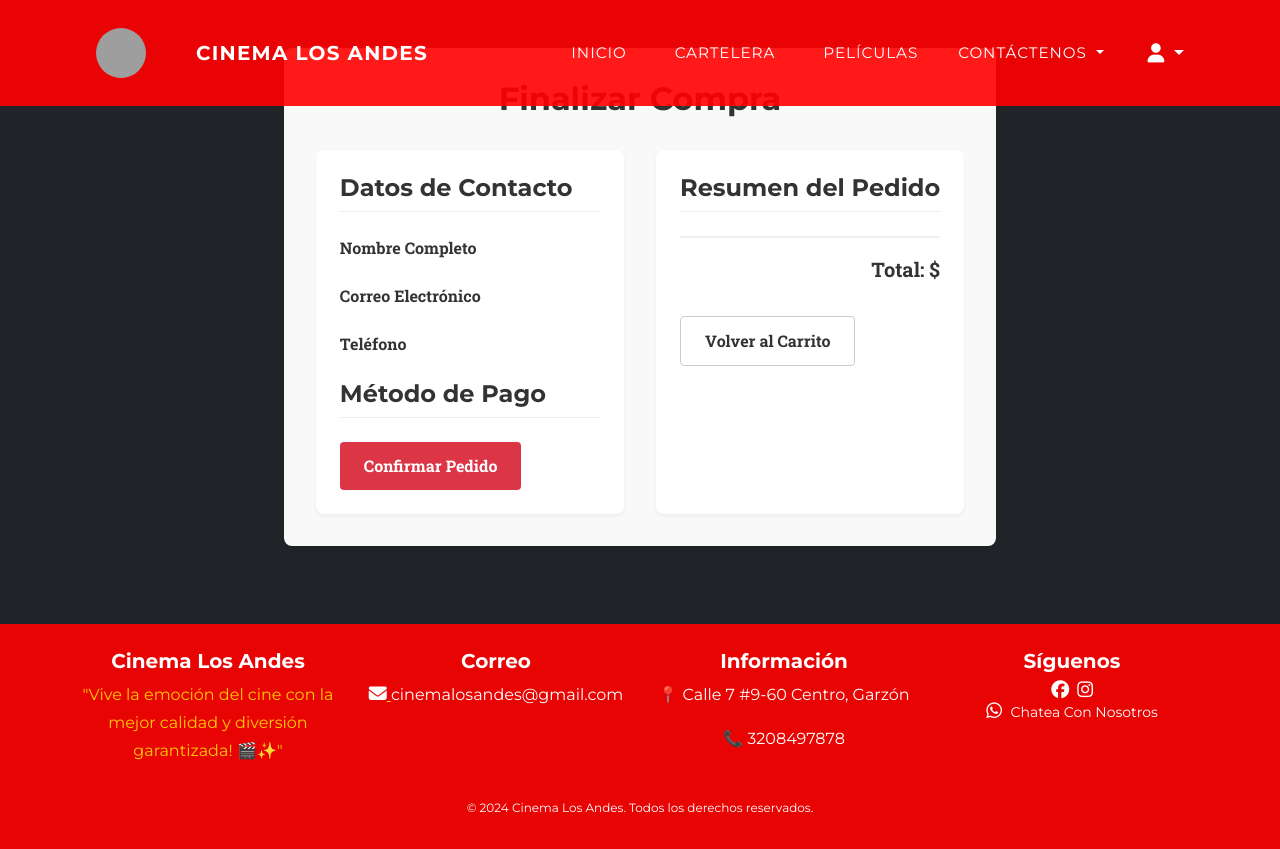
Repository: FelipeADSO/PROYECTO-SENA-FINAL
Page: cinema/templates/finalizar_compra.html
The author's editor kept a copy of each file at every save. The page is drawn from the files as they stood at one save, then again after a run of saves.
The browser window is 1280 px wide. The pictures show the whole page.
Pictures or frames that could not be fetched are drawn as grey boxes. Some web libraries are served in a nearby version. The template is drawn by Django 5.2. The application's start-up code is not run. Other server files are loaded and not shown. The template is opened directly, without the code that normally fills it, so the values that code supplies are empty.

Above is the page before, as saved 2025-03-06 09:24:59.

### cinema/templates/finalizar_compra.html
{% extends 'base.html' %}
{% load static %}

{% block title %}Finalizar Compra{% endblock %}

{% block style %}
<style>

    /* Contenedor principal */
    .container {
        width: 90%;
        max-width: 1200px;
        margin: 10px auto;
    }

    /* Header */
    header {
        background-color: #1e1e1e;
        padding: 15px 0;
        text-align: center;
    }

    header h1 {
        font-size: 2rem;
        color: #ffcc00;
        margin: 0;
    }

    /* Navbar */
    .navbar {
        display: flex;
        justify-content: center;
        padding: 10px 0;
        background-color: #222;
    }

    .navbar a {
        color: #ffcc00;
        text-decoration: none;
        padding: 10px 20px;
        font-size: 1.2rem;
        transition: 0.3s;
    }

    .navbar a:hover {
        color: #ffffff;
    }

    /* Cartelera */
    .cartelera {
        display: grid;
        grid-template-columns: repeat(auto-fit, minmax(250px, 1fr));
        gap: 20px;
        margin-top: 20px;
    }

    .pelicula {
        background-color: #252525;
        border-radius: 8px;
        padding: 15px;
        text-align: center;
        transition: 0.3s;
    }

    .pelicula:hover {
        transform: scale(1.05);
    }

    .pelicula img {
        width: 100%;
        border-radius: 8px;
    }

    .pelicula h3 {
        font-size: 1.5rem;
        margin: 10px 0;
    }

    /* Formulario de reservas */
    .formulario {
        background-color: #252525;
        padding: 20px;
        border-radius: 8px;
        max-width: 500px;
        margin: 0 auto;
    }

    .formulario label {
        display: block;
        font-weight: bold;
        margin: 10px 0 5px;
    }

    .formulario input,
    .formulario select {
        width: 100%;
        padding: 10px;
        border-radius: 5px;
        border: none;
        margin-bottom: 15px;
    }

    .formulario button {
        background-color: #ffcc00;
        color: #121212;
        padding: 10px;
        width: 100%;
        border: none;
        border-radius: 5px;
        font-size: 1rem;
        cursor: pointer;
        transition: 0.3s;
    }

    .formulario button:hover {
        background-color: #e6b800;
    }

    /* Resumen de reserva */
    .resumen {
        background-color: #252525;
        padding: 20px;
        border-radius: 8px;
        max-width: 600px;
        margin: 20px auto;
    }

    .resumen h2 {
        color: #ffcc00;
        text-align: center;
    }

    .resumen p {
        font-size: 1.2rem;
        margin: 10px 0;
    }

    /* Footer */
    footer {
        background-color: #1e1e1e;
        text-align: center;
        padding: 15px 0;
        margin-top: 30px;
    }

    footer p {
        color: #ffcc00;
        font-size: 1rem;
    }
    </style>
{% endblock %}

{% block content %}
    <link rel="stylesheet" href="{% static 'css/pasarela.css' %}">

    <div class="checkout-container">
        <h1 class="checkout-titulo">Finalizar Compra</h1>

        {% if messages %}
            <div class="messages">
                {% for message in messages %}
                    <div class="alert alert-{{ message.tags }}">
                        {{ message }}
                    </div>
                {% endfor %}
            </div>
        {% endif %}

        <div class="checkout-grid">
            <div class="checkout-form">
                <h2 class="resumen-titulo">Datos de Contacto</h2>
                <form method="POST">
                    {% csrf_token %}

                    <div class="form-group">
                        <label for="{{ form.nombre.id_for_label }}">Nombre Completo</label>
                        {{ form.nombre }}
                        {% if form.nombre.errors %}
                            <div class="form-error">{{ form.nombre.errors }}</div>
                        {% endif %}
                    </div>

                    <div class="form-group">
                        <label for="{{ form.email.id_for_label }}">Correo Electrónico</label>
                        {{ form.email }}
                        {% if form.email.errors %}
                            <div class="form-error">{{ form.email.errors }}</div>
                        {% endif %}
                    </div>

                    <div class="form-group">
                        <label for="{{ form.telefono.id_for_label }}">Teléfono</label>
                        {{ form.telefono }}
                        {% if form.telefono.errors %}
                            <div class="form-error">{{ form.telefono.errors }}</div>
                        {% endif %}
                    </div>

                    <!-- Método de Pago -->
                    <h2 class="resumen-titulo">Método de Pago</h2>
                    <div class="form-group">
                        {% for radio in form.metodo_pago %}
                            <div class="form-check">
                                {{ radio.tag }} {{ radio.choice_label }}
                            </div>
                        {% endfor %}
                        {% if form.metodo_pago.errors %}
                            <div class="form-error">{{ form.metodo_pago.errors }}</div>
                        {% endif %}
                    </div>

                    <button type="submit" class="btn btn-danger">
                        Confirmar Pedido
                    </button>
                </form>
            </div>

            <div class="checkout-resumen">
                <h2 class="resumen-titulo">Resumen del Pedido</h2>

                {% for item in carrito_items %}
                    <div class="resumen-item">
                        <div class="resumen-producto">
                            <img src="{{ item.producto.foto.url }}" alt="{{ item.producto.nombre }}" class="resumen-imagen">
                            <div>
                                <div>{{ item.producto.nombre }}</div>
                                <div>Cantidad: {{ item.cantidad }}</div>
                            </div>
                        </div>
                        <div>${{ item.subtotal }}</div>
                    </div>
                {% endfor %}

                <div class="resumen-total">
                    Total: ${{ total }}
                </div>

                <div style="margin-top: 2rem;">
                    <a href="{% url 'ver_carrito' %}" class="btn btn-outline">
                        Volver al Carrito
                    </a>
                </div>
            </div>
        </div>
    </div>
{% endblock %}

### cinema/templates/base.html
{% load static %}
<!DOCTYPE html>
<html lang="en">
<head>
    <meta charset="utf-8" />
    <meta name="viewport" content="width=device-width, initial-scale=1, shrink-to-fit=no" />
    <meta name="description" content="" />
    <meta name="author" content="" />
    <title>Cinema Los Andes</title>

    <link rel="shortcut icon" type="image/x-icon" href="{% static '/static/imagenes/Logo.jpeg' %}">
    <link href="https://cdn.jsdelivr.net/npm/bootstrap@5.2.3/dist/css/bootstrap.min.css" rel="stylesheet">
    <link href="https://fonts.googleapis.com/css?family=Montserrat:400,700" rel="stylesheet" type="text/css" />
    <link href="https://fonts.googleapis.com/css?family=Roboto+Slab:400,100,300,700" rel="stylesheet" type="text/css" />
    <link href="https://cdnjs.cloudflare.com/ajax/libs/font-awesome/6.0.0/css/all.min.css" rel="stylesheet">

    <link href="{% static 'css/style.css' %}" rel="stylesheet"/>
    <style>
        .dropdown-menu {
    background-color: red !important; /* Fondo rojo */
}

.dropdown-menu .dropdown-item {
    color: white !important; /* Texto en blanco */
}

.dropdown-menu .dropdown-item:hover {
    background-color: darkred !important; /* Color más oscuro al pasar el mouse */
}
    </style>
    {% block style %} {% endblock %}
</head>

<body class="bg-dark text-white d-flex flex-column min-vh-100">

    <!-- MENÚ NAVBAR REDUCIDO -->
    <nav class="navbar navbar-expand-lg navbar-dark fixed-top" id="mainNav"
    style="background-color: rgba(255, 0, 0, 0.9); font-size: 11px; padding: 8px 0;">
    <div class="container d-flex align-items-center justify-content-between">
        <div class="d-flex align-items-center">
            <a href="{% url 'inicio' %}">
                <img src="{% static 'imagenes/logo.jpeg' %}" alt="Logo"
                    style="width: 50px; height: 50px; margin-right: 10px; border-radius: 50px;">
            </a>
            <a class="navbar-brand fw-bold text-white" style="font-size: 20px;" href="{% url 'inicio' %}">
                Cinema Los Andes
            </a>
        </div>

        <button class="navbar-toggler" type="button" data-bs-toggle="collapse" data-bs-target="#navbarResponsive"
            aria-controls="navbarResponsive" aria-expanded="false" aria-label="Toggle navigation">
            <i class="fas fa-bars ms-1"></i>
        </button>

        <div class="collapse navbar-collapse" id="navbarResponsive">
            <ul class="navbar-nav ms-auto text-uppercase align-items-center">
                <li class="nav-item"><a class="nav-link px-3" href="{% url 'inicio' %}">Inicio</a></li>
                <li class="nav-item"><a class="nav-link px-3" href="{% url 'cartelera' %}">Cartelera</a></li>
                <li class="nav-item"><a class="nav-link px-3" href="{% url 'peliculas' %}">Películas</a></li>

                <!-- Menú Desplegable -->
                <li class="nav-item dropdown">
                    <a class="nav-link dropdown-toggle" href="#" id="dropdownMenuButton" role="button"
                       data-bs-toggle="dropdown" aria-expanded="false">
                        Contáctenos
                    </a>
                    <ul class="dropdown-menu" aria-labelledby="dropdownMenuButton">
                        <li><a class="dropdown-item" href="{% url 'somos' %}">Quienes Somos</a></li>
                        <li><a class="dropdown-item" href="{% url 'contactenos' %}">Contáctenos</a></li>
                    </ul>
                </li>

                {% if user.is_authenticated %}
                    <li class="nav-item d-flex align-items-center">
                        <span class="alert mb-0 text-white px-2 py-1 rounded" style="font-size: 14px; line-height: 1.5;">
                            ¡Bienvenido, {{ user.username }}!
                        </span>
                    </li>
                    {% with total_items=request.user.carritoitem_set.count %}
                    {% if total_items > 0 %}
                    <li class="nav-item me-3">
                        <a href="{% url 'ver_carrito' %}" class="nav-link position-relative">
                            <i class="fa-solid fa-cart-shopping"></i>
                            <span class="badge bg-danger position-absolute top-0 start-100 translate-middle">{{ total_items }}</span>
                        </a>
                    </li>
                    {% endif %}
                    {% endwith %}
                {% endif %}
            </ul>
        </div>

        <div class="dropdown ms-3">
            <a class="btn btn-outline-secondary dropdown-toggle text-white" href="#" role="button"
                id="userDropdown" data-bs-toggle="dropdown" aria-expanded="false">
                <i class="fa-solid fa-user"></i>
            </a>
            <ul class="dropdown-menu dropdown-menu-end" aria-labelledby="userDropdown">
                {% if not user.is_authenticated %}
                    <li><a class="dropdown-item" href="{% url 'login' %}">Iniciar sesión</a></li>
                    <li><a class="dropdown-item" href="{% url 'register' %}">Registrarse</a></li>
                {% else %}
                    <li><a class="dropdown-item" href="{% url 'perfil' %}">Perfil de Usuario</a></li>
                    <li>
                        <form method="post" action="{% url 'logout' %}" class="d-inline">
                            {% csrf_token %}
                            <button type="submit" class="dropdown-item">Cerrar Sesión</button>
                        </form>
                    </li>
                {% endif %}
            </ul>
        </div>
    </div>
</nav>


    <!-- CONTENIDO -->
    {% block content %}
    <div class="container my-auto">
        <!-- Aquí va el contenido de cada página -->
    </div>
    {% endblock %}

    <!-- FOOTER REDUCIDO -->
    <footer class="footer text-center"
        style="background-color: rgba(255, 0, 0, 0.9); font-size: 14px; padding: 15px 0;">
        <div class="container">
            <div class="row">
                <div class="col-md-3">
                    <h5 class="text-white">Cinema Los Andes</h5>
                    <p>"Vive la emoción del cine con la mejor calidad y diversión garantizada! 🎬✨"</p>
                </div>
                <div class="col-md-3">
                    <h5 class="text-white">Correo</h5>
                    <p class="text-white"><a href="mailto:contacto@cinemalosandes.com">
                        <i class="fas fa-envelope" style="color: #fff; font-size: 18px;"></i>
                    </a> cinemalosandes@gmail.com</p>
                </div>
                <div class="col-md-3">
                    <h5 class="text-white">Información</h5>
                    <p class="text-white">📍 Calle 7 #9-60 Centro, Garzón</p>
                    <p class="text-white">📞 3208497878</p>
                </div>
                <div class="col-md-3">
                    <h5 class="text-white">Síguenos</h5>
                    <div class="d-flex justify-content-center gap-2">
                        <a href="https://facebook.com/cinemalosandes" target="_blank">
                            <i class="fab fa-facebook" style="color: #fff; font-size: 18px;"></i>
                        </a>

                        <a href="https://instagram.com/cinemalosandes" target="_blank">
                            <i class="fab fa-instagram" style="color: #fff; font-size: 18px;"></i>
                        </a>
                    </div>
                    <a href="https://wa.me/573208497878" target="_blank"
                        style="color: #fff; text-decoration: none; font-size: 14px;">
                        <i class="fab fa-whatsapp" style="color: #fff; font-size: 18px; margin-right: 5px;"></i> Chatea Con Nosotros
                    </a>
                </div>
            </div>
            <p class="text-white mt-3" style="font-size: 12px;">
                &copy; 2024 Cinema Los Andes. Todos los derechos reservados.
            </p>
        </div>
    </footer>

    <!-- SCRIPTS -->
    <script src="https://kit.fontawesome.com/a076d05399.js" crossorigin="anonymous"></script>
    <script src="https://cdn.jsdelivr.net/npm/bootstrap@5.3.0/dist/js/bootstrap.bundle.min.js"></script>
    <script src="https://cdn.jsdelivr.net/npm/bootstrap@5.2.3/dist/js/bootstrap.bundle.min.js"></script>
    <script src="{% static 'js/scripts.js' %}"></script>
    <script src="https://cdn.startbootstrap.com/sb-forms-latest.js"></script>

</body>
</html>

### cinema/static/css/pasarela.css
.checkout-container {
    max-width: 1200px;
    margin: 5rem auto;
    padding: 0 2rem;
}

.checkout-titulo {
    text-align: center;
    color: var(--primario-oscuro);
    font-size: 2.5rem;
    margin-bottom: 3rem;
}

.checkout-grid {
    display: grid;
    grid-template-columns: 1fr 1fr;
    gap: 2rem;

}

.checkout-form {
    background-color: white;
    padding: 2rem;
    border-radius: 8px;
    box-shadow: 0 4px 6px rgba(0, 0, 0, 0.1);
}

.checkout-resumen {
    background-color: white;
    padding: 2rem;
    border-radius: 8px;
    box-shadow: 0 4px 6px rgba(0, 0, 0, 0.1);
}

.form-group {
    margin-bottom: 1.5rem;
}

.form-group label {
    display: block;
    margin-bottom: 0.5rem;
    font-weight: 500;
    color: var(--primario-oscuro);
}

.form-control {
    width: 100%;
    padding: 0.75rem;
    border: 1px solid #ddd;
    border-radius: 4px;
    font-size: 1rem;
}

.resumen-titulo {
    font-size: 1.5rem;
    margin-bottom: 1.5rem;
    color: var(--primario-oscuro);
    border-bottom: 1px solid #eee;
    padding-bottom: 0.5rem;
}

.resumen-item {
    display: flex;
    justify-content: space-between;
    margin-bottom: 1rem;
    padding-bottom: 1rem;
    border-bottom: 1px solid #f0f0f0;
}

.resumen-producto {
    display: flex;
    align-items: center;
    gap: 1rem;
}

.resumen-imagen {
    width: 50px;
    height: 50px;
    object-fit: cover;
    border-radius: 4px;
}

.resumen-total {
    font-size: 1.2rem;
    font-weight: bold;
    text-align: right;
    margin-top: 1.5rem;
    padding-top: 1rem;
    border-top: 2px solid #f0f0f0;
}
.checkout-container {
    max-width: 1200px;
    margin: 3rem auto;
    padding: 2rem;
    background-color: #f9f9f9;
    border-radius: 8px;
    box-shadow: 0 4px 6px rgba(0, 0, 0, 0.1);
    color: #333; /* Asegurar que el texto sea oscuro */
}

.checkout-titulo {
    text-align: center;
    color: #333;
    margin-bottom: 2rem;
    font-size: 2rem;
}

.checkout-grid {
    display: grid;
    grid-template-columns: 1fr 1fr;
    gap: 2rem;
}

.checkout-form, .checkout-resumen {
    background-color: white;
    padding: 1.5rem;
    border-radius: 8px;
    box-shadow: 0 2px 4px rgba(0, 0, 0, 0.05);
}

.resumen-titulo {
    color: #333;
    margin-bottom: 1.5rem;
    font-size: 1.5rem;
    border-bottom: 1px solid #eee;
    padding-bottom: 0.5rem;
}

.form-group {
    margin-bottom: 1.5rem;
}

.form-group label {
    display: block;
    margin-bottom: 0.5rem;
    color: #333;
    font-weight: 600;
}

.form-control {
    width: 100%;
    padding: 0.75rem;
    border: 1px solid #ddd;
    border-radius: 4px;
    font-size: 1rem;
}

.form-error {
    color: #dc3545;
    margin-top: 0.25rem;
    font-size: 0.875rem;
}

.resumen-item {
    padding: 1rem 0;
    border-bottom: 1px solid #eee;
    display: flex;
    justify-content: space-between;
    align-items: center;
}

.resumen-producto {
    display: flex;
    align-items: center;
    gap: 1rem;
}

.resumen-imagen {
    width: 60px;
    height: 60px;
    object-fit: cover;
    border-radius: 4px;
}

.resumen-total {
    margin-top: 1.5rem;
    text-align: right;
    font-weight: bold;
    font-size: 1.25rem;
    color: #333;
}

.btn {
    padding: 0.75rem 1.5rem;
    border: none;
    border-radius: 4px;
    cursor: pointer;
    font-weight: 600;
    transition: all 0.3s;
    display: inline-block;
    text-decoration: none;
}

.btn-success {
    background-color: #28a745;
    color: white;
}

.btn-success:hover {
    background-color: #218838;
}

.btn-outline {
    background-color: transparent;
    border: 1px solid #ccc;
    color: #333;
}

.btn-outline:hover {
    background-color: #f8f9fa;
}

@media (max-width: 768px) {
    .checkout-grid {
        grid-template-columns: 1fr;
    }

    .checkout-titulo {
        font-size: 2rem;
        margin-bottom: 2rem;
    }
}

### cinema/static/js/scripts.js

window.addEventListener('DOMContentLoaded', event => {

    // Navbar shrink function
    var navbarShrink = function () {
        const navbarCollapsible = document.body.querySelector('#mainNav');
        if (!navbarCollapsible) {
            return;
        }
        if (window.scrollY === 0) {
            navbarCollapsible.classList.remove('navbar-shrink')
        } else {
            navbarCollapsible.classList.add('navbar-shrink')
        }

    };

    // Shrink the navbar
    navbarShrink();

    // Shrink the navbar when page is scrolled
    document.addEventListener('scroll', navbarShrink);

    //  Activate Bootstrap scrollspy on the main nav element
    const mainNav = document.body.querySelector('#mainNav');
    if (mainNav) {
        new bootstrap.ScrollSpy(document.body, {
            target: '#mainNav',
            rootMargin: '0px 0px -40%',
        });
    };

    // Collapse responsive navbar when toggler is visible
    const navbarToggler = document.body.querySelector('.navbar-toggler');
    const responsiveNavItems = [].slice.call(
        document.querySelectorAll('#navbarResponsive .nav-link')
    );
    responsiveNavItems.map(function (responsiveNavItem) {
        responsiveNavItem.addEventListener('click', () => {
            if (window.getComputedStyle(navbarToggler).display !== 'none') {
                navbarToggler.click();
            }
        });
    });

});

Loaded but not shown: cinema/static/css/style.css (library)

After the next 4 saves:
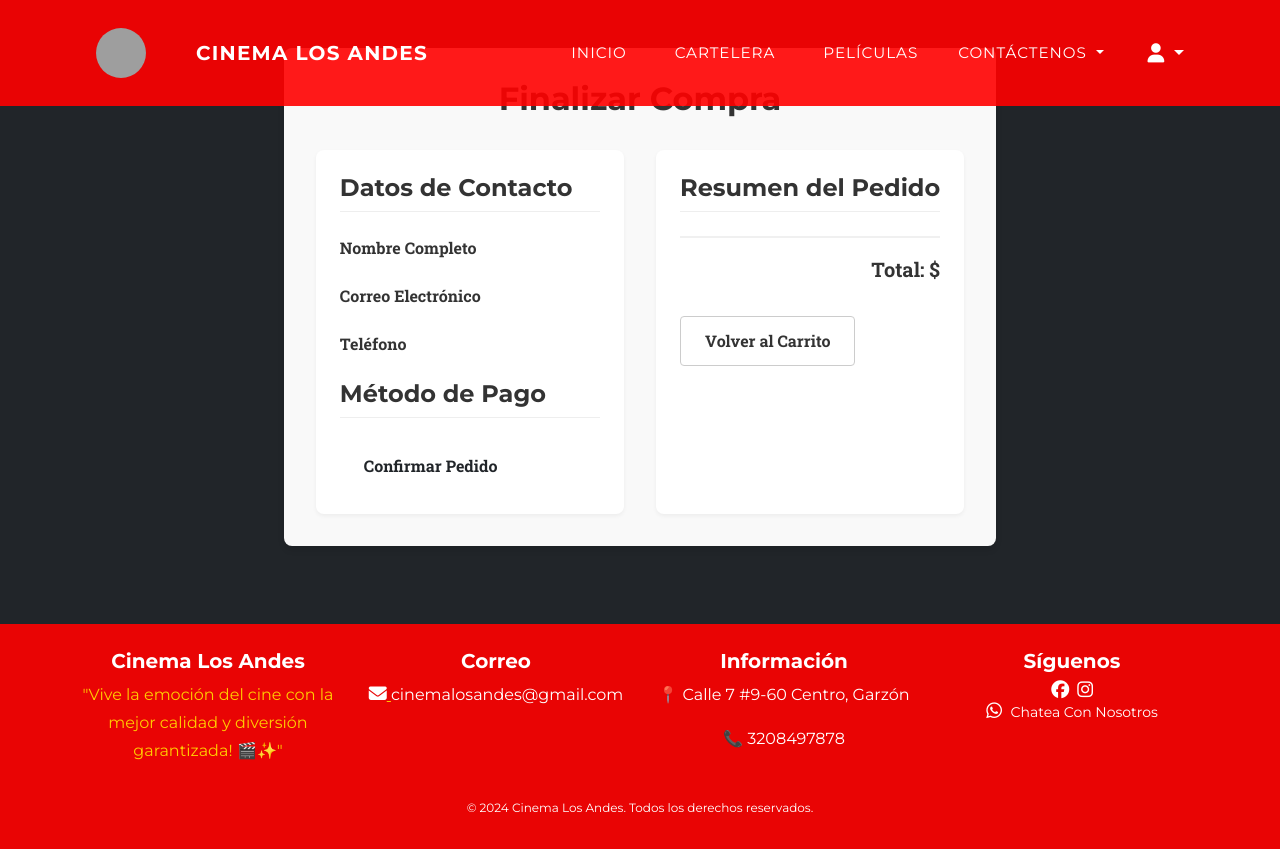
The 4 saves are shown as one change because they came seconds apart.
The last was saved 12 s later.
--- a/cinema/templates/finalizar_compra.html
+++ b/cinema/templates/finalizar_compra.html
@@ -209,7 +209,7 @@
                         {% endif %}
                     </div>
 
-                    <button type="submit" class="btn btn-danger">
+                    <button type="submit" class="btn" style="b">
                         Confirmar Pedido
                     </button>
                 </form>
